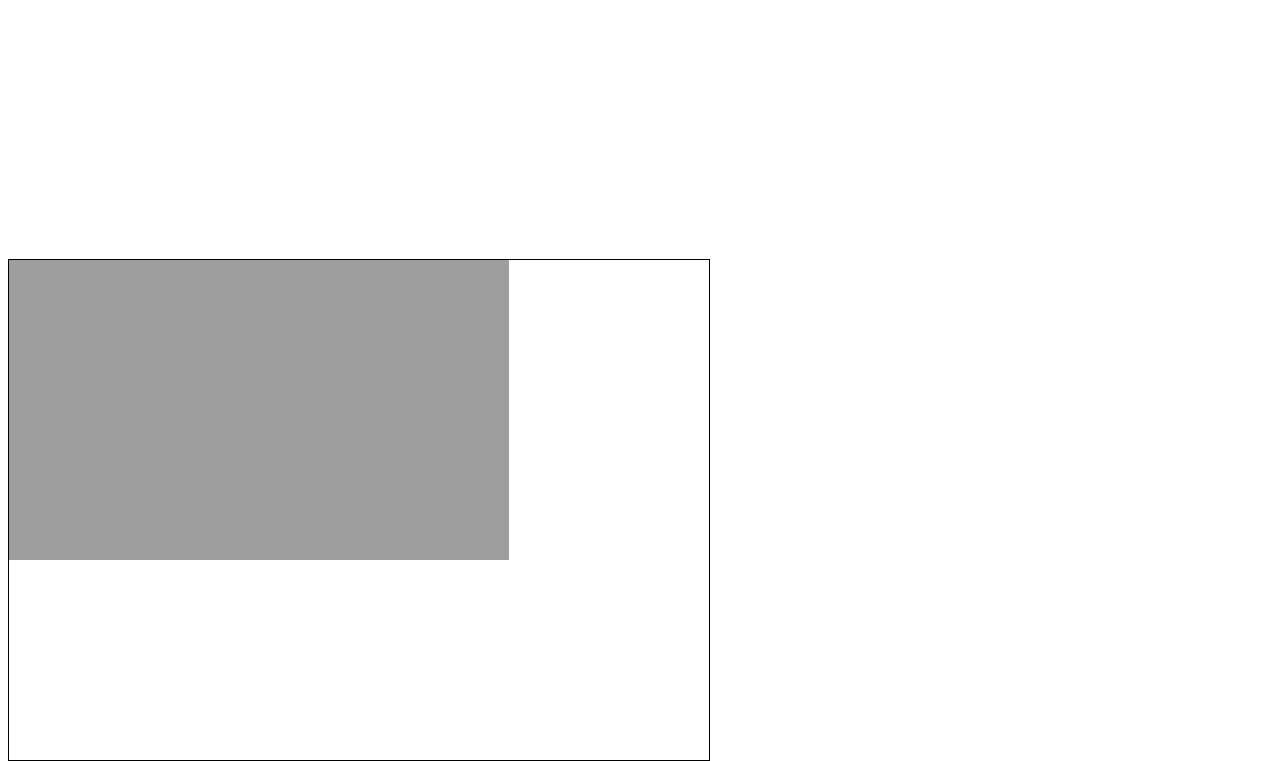
Repository: Tranduchieu2002/FlappyBird
Page: Flappy.html
These files come from the project's save history. The page is drawn as it stood at one moment and after the next save; the edit follows.
The browser window is 1280 px wide. The pictures show the whole page.

Above is the page before, as saved 2021-09-14 14:58:31.

### Flappy.html
<!DOCTYPE html>
<html lang="en">
<head>
   <meta charset="UTF-8">
   <meta http-equiv="X-UA-Compatible" content="IE=edge">
   <meta name="viewport" content="width=device-width, initial-scale=1.0">
   <title>Document</title>
   <style>
      canvas  {
         border: 1px solid;
         transform: translateY(50%)
      }
   </style>
</head>
<body>
   <canvas id="canvas" width="700px" height="500px">

   </canvas>
   <script src="index.js"></script>
</body>
</html>

### index.js
const cvs = document.querySelector("canvas");
const ctx = cvs.getContext("2d");
var bird = new Image();
var bg = new Image();
let fg = new Image();
let pipeSouth = new Image();
let pipeNorth = new Image();
console.log(pipeNorth.length, pipeSouth.length);
fg.src = "https://raw.githubusercontent.com/CodeExplainedRepo/FlappyBird-JavaScript/master/images/fg.png"
pipeNorth.src =
  "https://raw.githubusercontent.com/CodeExplainedRepo/FlappyBird-JavaScript/master/images/pipeNorth.png";
pipeSouth.src =
  "https://raw.githubusercontent.com/CodeExplainedRepo/FlappyBird-JavaScript/master/images/pipeSouth.png";
bird.src =
  "https://e7.pngegg.com/pngimages/328/754/png-clipart-flappy-bird-blue-minecraft-bird-flappy-bird-bird.png";
bg.src =
  "https://user-images.githubusercontent.com/18351809/46888871-624a3900-ce7f-11e8-808e-99fd90c8a3f4.png";
(function draw() {
  const fh = 50;
  const hC = cvs.height;
  let Bx = 50;
  let By = 50;
  let hPassForCg = 7 * fh;
  ctx.drawImage(pipeNorth,100,0)
  ctx.drawImage(bg, 0, 0);
  ctx.drawImage(bird, 0, 0, 50, 50);
  ctx.drawImage(fg,0,hC)
  requestAnimationFrame(draw);
})();

After the next save:
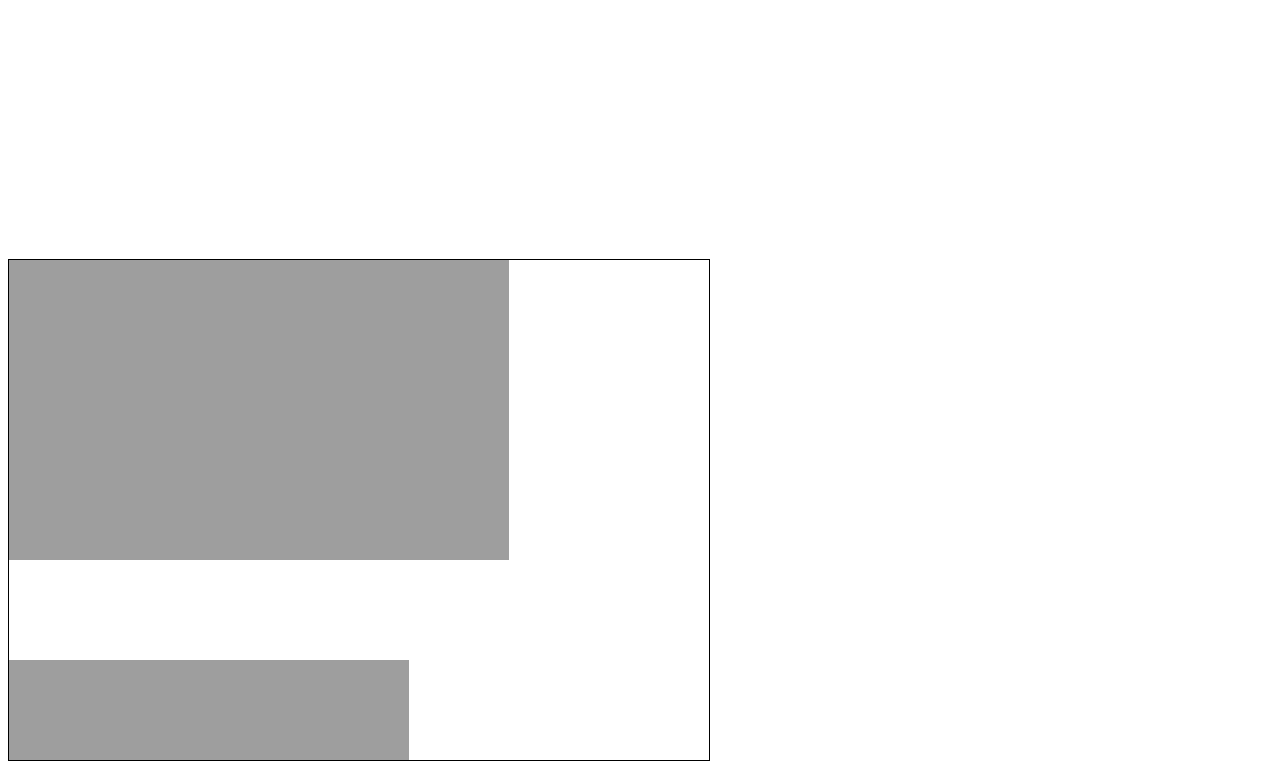
Saved 12 s later.
--- a/index.js
+++ b/index.js
@@ -24,6 +24,6 @@ bg.src =
   ctx.drawImage(pipeNorth,100,0)
   ctx.drawImage(bg, 0, 0);
   ctx.drawImage(bird, 0, 0, 50, 50);
-  ctx.drawImage(fg,0,hC)
+  ctx.drawImage(fg,0,hC-100)
   requestAnimationFrame(draw);
 })();
